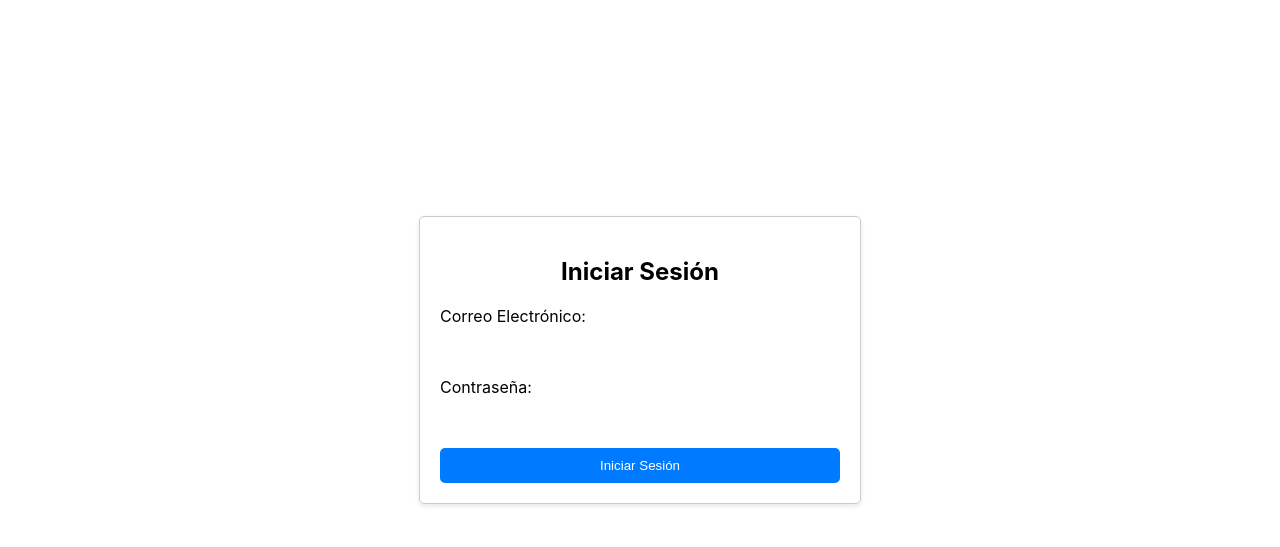
Repository: anuskazw/badminton
Page: /
An editor plug-in stored every save of this project. The page is shown before and after the next save, followed by the edit.
The browser window is 1280 px wide. The pictures show the whole page.
The project was rebuilt for these pictures with package versions that can differ from the ones it lists, and the page was loaded fresh each time.

Above is the page before, as saved 2024-11-24 22:35:51.

After the next save:
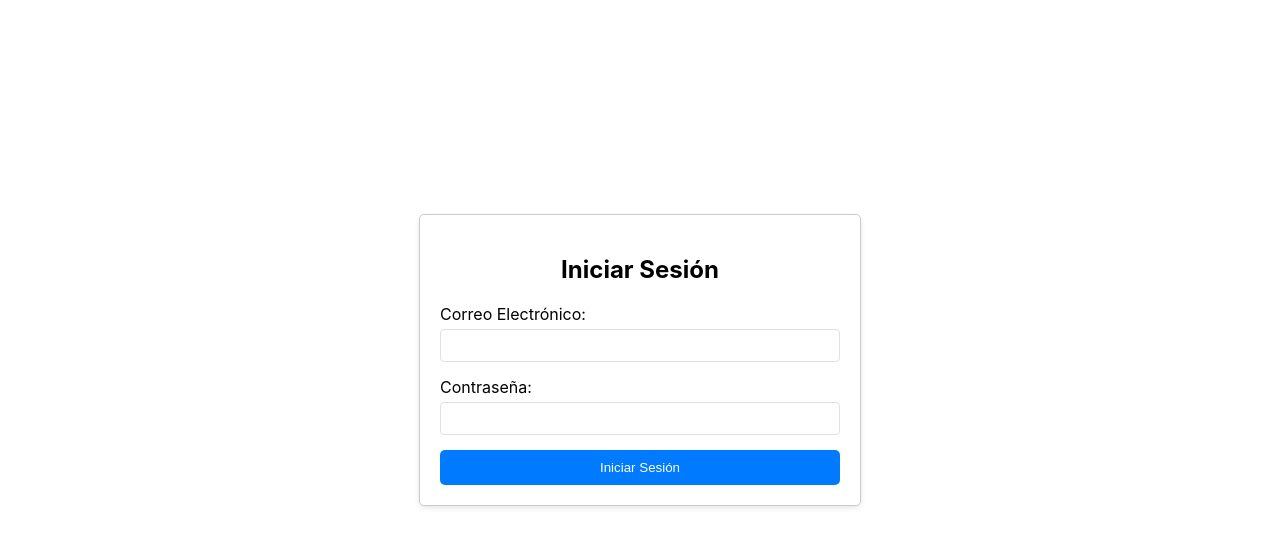
Saved 18 s later.
--- a/src/components/Login.css
+++ b/src/components/Login.css
@@ -26,7 +26,8 @@
     width: 100%;
     padding: 8px;
     box-sizing: border-box;
-    border: none;
+    border: 1px solid #e0e0e0;
+    border-radius: 4px;
 }
 
 .login-container button {
